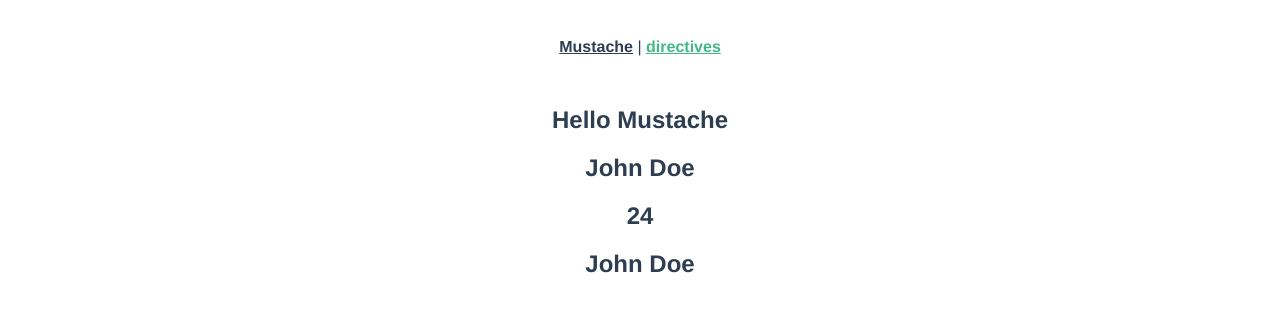
Repository: yeyanghui0616/my-vue2-learning
Page: /directives
The author's editor kept a copy of each file at every save. The page is drawn from the files as they stood at one save, then again after a run of saves.
The browser window is 1280 px wide. The pictures show the whole page.
The project was rebuilt for these pictures with package versions that can differ from the ones it lists, and the page was loaded fresh each time. Also part of the build but not shown: src/views/Mustache.vue.

Above is the page before, as saved 2023-08-30 21:18:48.

After the next 2 saves:
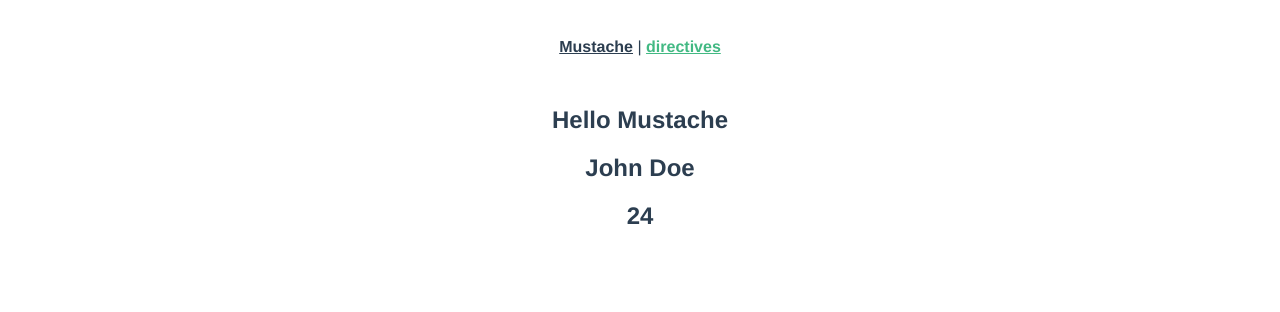
The 2 saves are shown as one change because they came seconds apart.
The last was saved 7 s later.
--- a/src/views/directives.vue
+++ b/src/views/directives.vue
@@ -6,7 +6,7 @@
 		<h2>{{ counter * 2 }}</h2>
 		<!-- TODO v-html -->
 		<h2>{{ link }}</h2>
-		<h2>{{ firstName }} {{ lastName }}</h2>
+		<h2 v-html="link">{{ firstName }} {{ lastName }}</h2>
 	</div>
 </template>
 
